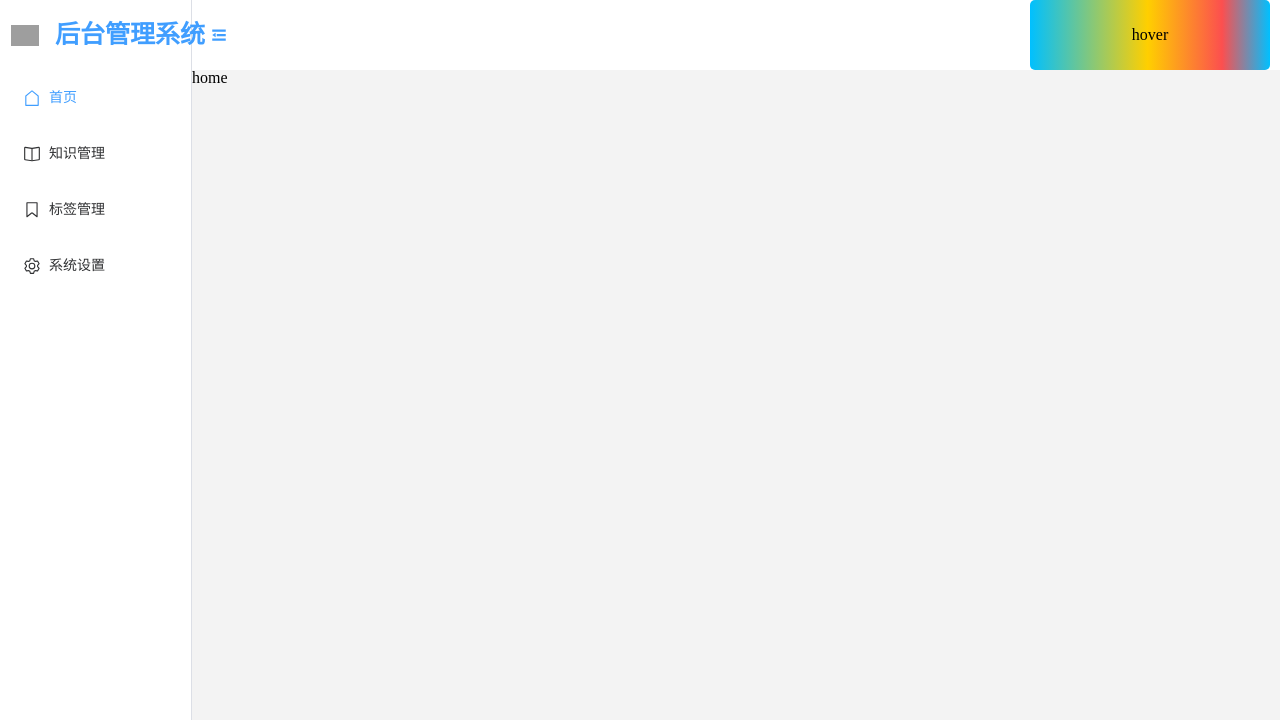
Repository: serrrN/admin
Page: /
The author's editor kept a copy of each file at every save. The page is drawn from the files as they stood at one save, then again after the next save.
The browser window is 1280 px wide. The pictures show the whole page.
Pictures or frames that could not be fetched are drawn as grey boxes. The project was rebuilt for these pictures with package versions that can differ from the ones it lists, and the page was loaded fresh each time. Also part of the build but not shown: vite.config.ts, src/styles/index.scss.

Above is the page before, as saved 2024-06-05 16:30:36.

After the next save:
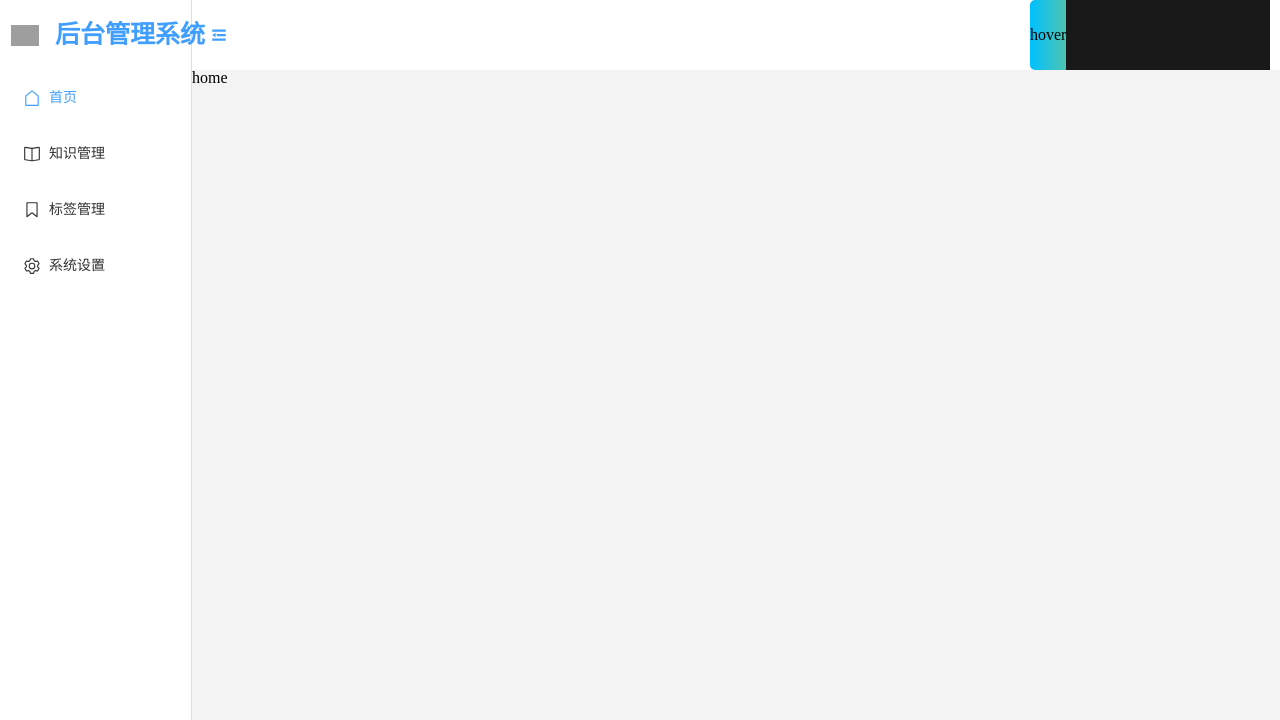
Saved 16 s later.
--- a/src/layout/header/menu/index.vue
+++ b/src/layout/header/menu/index.vue
@@ -19,7 +19,7 @@
   margin-right: 10px;
   cursor: pointer;
   position: relative;
-  ::after {
+  &::after {
     content: attr(alt);
     width: 100%;
     height: 100%;
